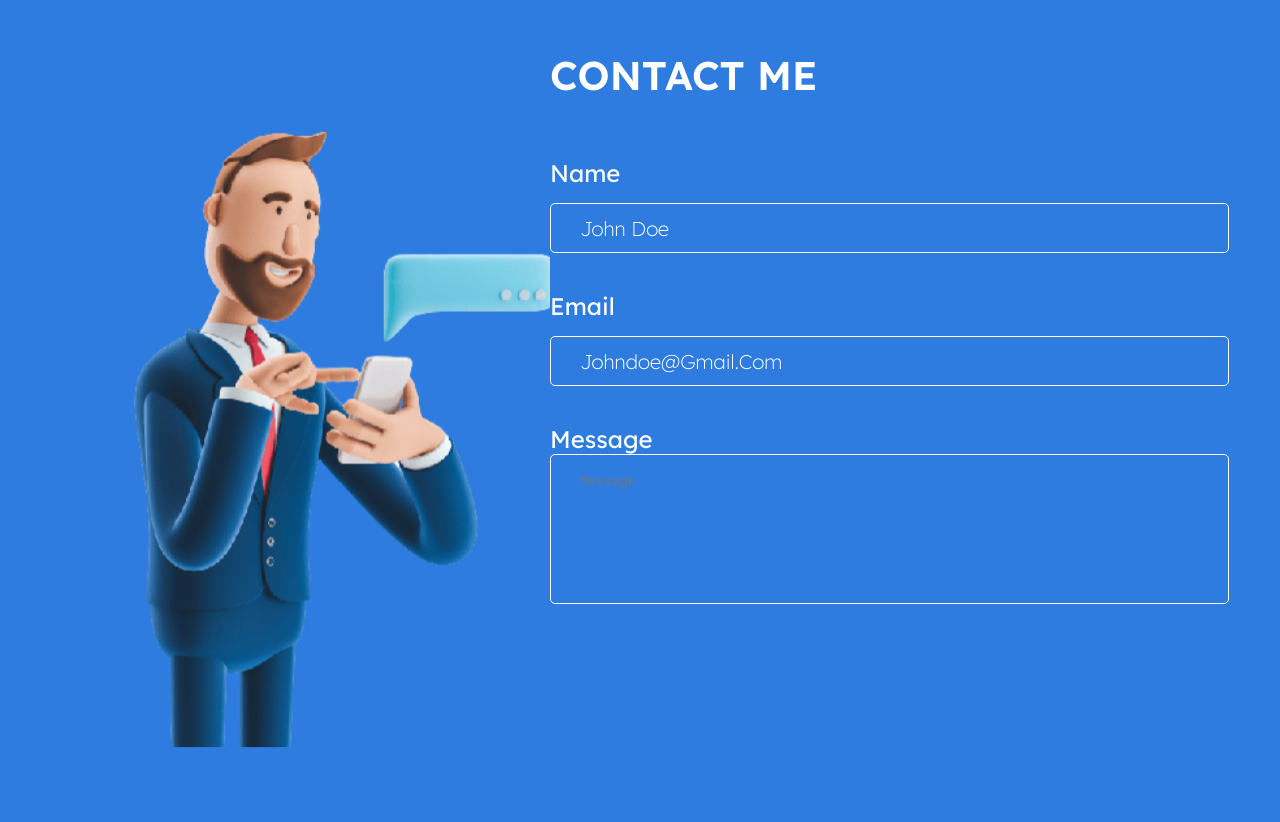
Repository: AytacJafarova/contact-task
Page: index.html
An editor plug-in stored every save of this project. The page is shown before and after a run of saves, followed by the edit.
The browser window is 1280 px wide. The pictures show the whole page.

Above is the page before, as saved 2023-09-05 14:50:13.

After the next 9 saves:
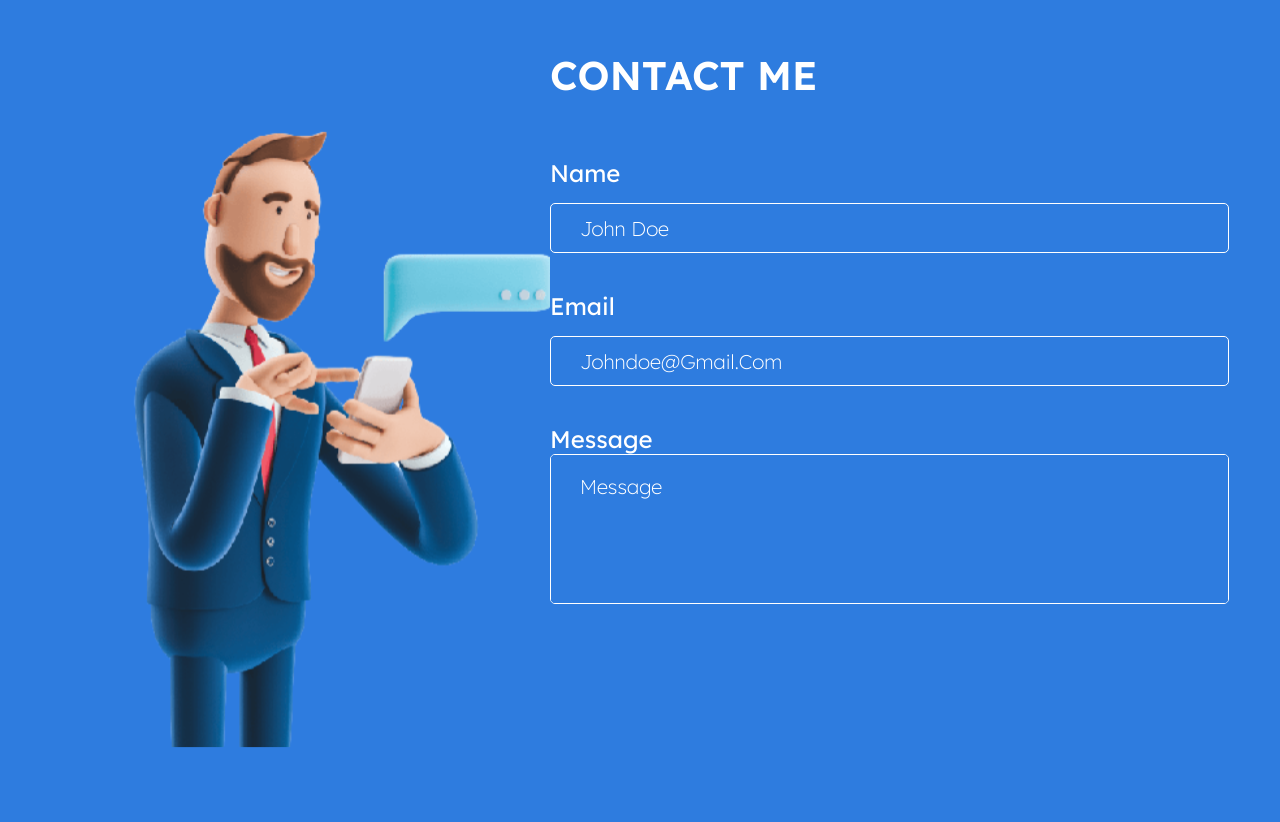
The 9 saves are shown as one change because they came seconds apart.
The last was saved 21 s later.
--- a/index.css
+++ b/index.css
@@ -63,7 +63,9 @@
 }
 
 .container .contact-area form input::placeholder,
-input{
+textarea::placeholder,
+input,
+textarea{
     color: #FFF;
 font-family: Lexend;
 font-size: 20px;
